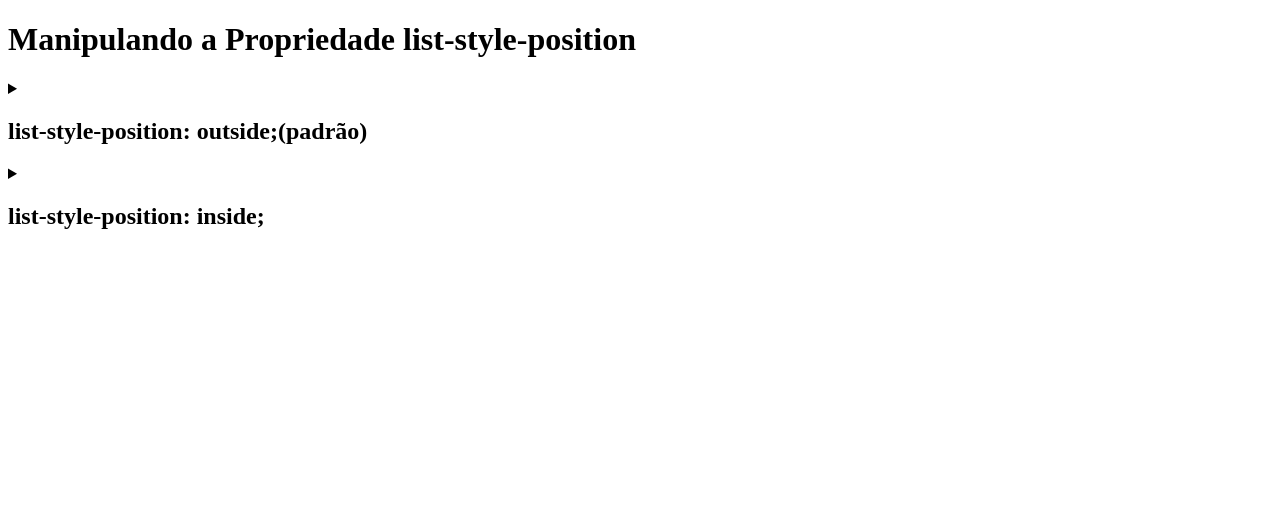
Repository: EmanuelUrbano/introducao_a_tecnologias
Page: 26_04_22/fundamentosCss/list_style_position.html
These files come from the project's save history. The page is drawn as it stood at one moment and after the next save; the edit follows.
The browser window is 1280 px wide. The pictures show the whole page.

Above is the page before, as saved 2022-04-27 16:40:46.

After the next save:
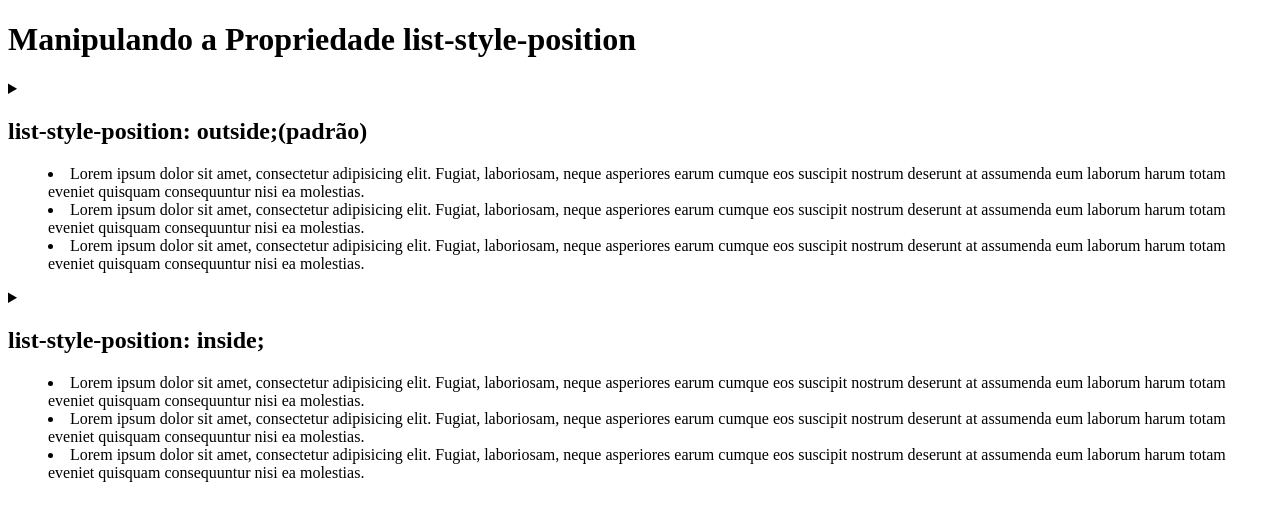
Saved 95 s later.
--- a/26_04_22/fundamentosCss/list_style_position.html
+++ b/26_04_22/fundamentosCss/list_style_position.html
@@ -12,11 +12,21 @@
     <details>
         <summary>
             <h2>list-style-position: outside;(padrão)</h2>
+            <ul>
+                <li>Lorem ipsum dolor sit amet, consectetur adipisicing elit. Fugiat, laboriosam, neque asperiores earum cumque eos suscipit nostrum deserunt at assumenda eum laborum harum totam eveniet quisquam consequuntur nisi ea molestias.</li>
+                <li>Lorem ipsum dolor sit amet, consectetur adipisicing elit. Fugiat, laboriosam, neque asperiores earum cumque eos suscipit nostrum deserunt at assumenda eum laborum harum totam eveniet quisquam consequuntur nisi ea molestias.</li>
+                <li>Lorem ipsum dolor sit amet, consectetur adipisicing elit. Fugiat, laboriosam, neque asperiores earum cumque eos suscipit nostrum deserunt at assumenda eum laborum harum totam eveniet quisquam consequuntur nisi ea molestias.</li>
+            </ul>
         </summary>
     </details>
     <details>
         <summary>
             <h2>list-style-position: inside;</h2>
+            <ul>
+                <li>Lorem ipsum dolor sit amet, consectetur adipisicing elit. Fugiat, laboriosam, neque asperiores earum cumque eos suscipit nostrum deserunt at assumenda eum laborum harum totam eveniet quisquam consequuntur nisi ea molestias.</li>
+                <li>Lorem ipsum dolor sit amet, consectetur adipisicing elit. Fugiat, laboriosam, neque asperiores earum cumque eos suscipit nostrum deserunt at assumenda eum laborum harum totam eveniet quisquam consequuntur nisi ea molestias.</li>
+                <li>Lorem ipsum dolor sit amet, consectetur adipisicing elit. Fugiat, laboriosam, neque asperiores earum cumque eos suscipit nostrum deserunt at assumenda eum laborum harum totam eveniet quisquam consequuntur nisi ea molestias.</li>
+            </ul>
         </summary>
     </details>
 </body>

After the save that followed:
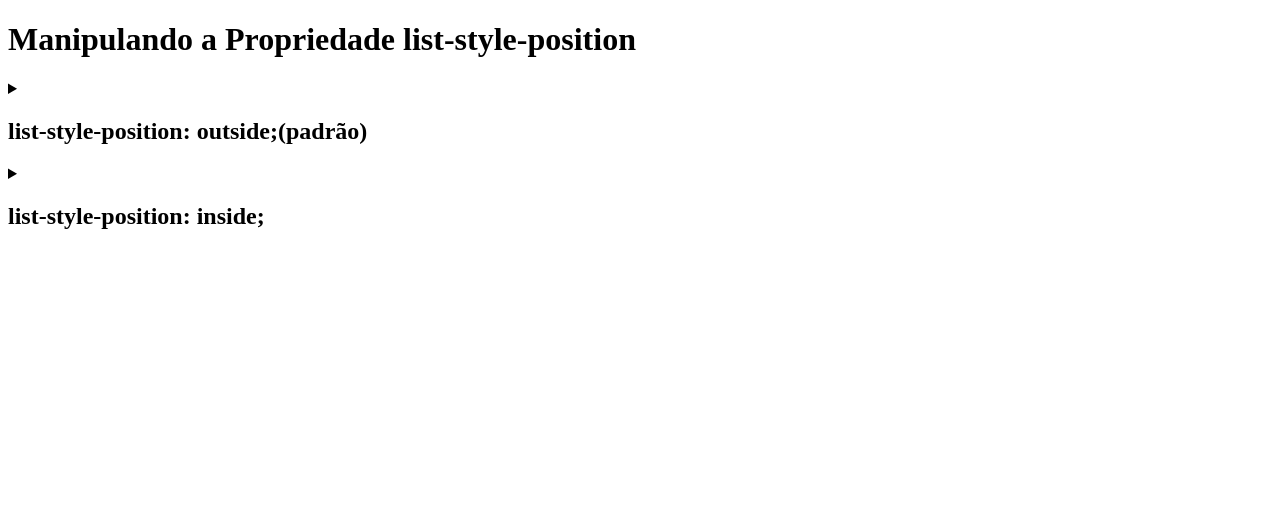
Saved 56 s later.
--- a/26_04_22/fundamentosCss/list_style_position.html
+++ b/26_04_22/fundamentosCss/list_style_position.html
@@ -12,22 +12,22 @@
     <details>
         <summary>
             <h2>list-style-position: outside;(padrão)</h2>
-            <ul>
-                <li>Lorem ipsum dolor sit amet, consectetur adipisicing elit. Fugiat, laboriosam, neque asperiores earum cumque eos suscipit nostrum deserunt at assumenda eum laborum harum totam eveniet quisquam consequuntur nisi ea molestias.</li>
-                <li>Lorem ipsum dolor sit amet, consectetur adipisicing elit. Fugiat, laboriosam, neque asperiores earum cumque eos suscipit nostrum deserunt at assumenda eum laborum harum totam eveniet quisquam consequuntur nisi ea molestias.</li>
-                <li>Lorem ipsum dolor sit amet, consectetur adipisicing elit. Fugiat, laboriosam, neque asperiores earum cumque eos suscipit nostrum deserunt at assumenda eum laborum harum totam eveniet quisquam consequuntur nisi ea molestias.</li>
-            </ul>
         </summary>
+        <ul>
+            <li>Lorem ipsum dolor sit amet, consectetur adipisicing elit. Fugiat, laboriosam, neque asperiores earum cumque eos suscipit nostrum deserunt at assumenda eum laborum harum totam eveniet quisquam consequuntur nisi ea molestias.</li>
+            <li>Lorem ipsum dolor sit amet, consectetur adipisicing elit. Fugiat, laboriosam, neque asperiores earum cumque eos suscipit nostrum deserunt at assumenda eum laborum harum totam eveniet quisquam consequuntur nisi ea molestias.</li>
+            <li>Lorem ipsum dolor sit amet, consectetur adipisicing elit. Fugiat, laboriosam, neque asperiores earum cumque eos suscipit nostrum deserunt at assumenda eum laborum harum totam eveniet quisquam consequuntur nisi ea molestias.</li>
+        </ul>
     </details>
     <details>
         <summary>
             <h2>list-style-position: inside;</h2>
-            <ul>
-                <li>Lorem ipsum dolor sit amet, consectetur adipisicing elit. Fugiat, laboriosam, neque asperiores earum cumque eos suscipit nostrum deserunt at assumenda eum laborum harum totam eveniet quisquam consequuntur nisi ea molestias.</li>
-                <li>Lorem ipsum dolor sit amet, consectetur adipisicing elit. Fugiat, laboriosam, neque asperiores earum cumque eos suscipit nostrum deserunt at assumenda eum laborum harum totam eveniet quisquam consequuntur nisi ea molestias.</li>
-                <li>Lorem ipsum dolor sit amet, consectetur adipisicing elit. Fugiat, laboriosam, neque asperiores earum cumque eos suscipit nostrum deserunt at assumenda eum laborum harum totam eveniet quisquam consequuntur nisi ea molestias.</li>
-            </ul>
         </summary>
+        <ul>
+            <li>Lorem ipsum dolor sit amet, consectetur adipisicing elit. Fugiat, laboriosam, neque asperiores earum cumque eos suscipit nostrum deserunt at assumenda eum laborum harum totam eveniet quisquam consequuntur nisi ea molestias.</li>
+            <li>Lorem ipsum dolor sit amet, consectetur adipisicing elit. Fugiat, laboriosam, neque asperiores earum cumque eos suscipit nostrum deserunt at assumenda eum laborum harum totam eveniet quisquam consequuntur nisi ea molestias.</li>
+            <li>Lorem ipsum dolor sit amet, consectetur adipisicing elit. Fugiat, laboriosam, neque asperiores earum cumque eos suscipit nostrum deserunt at assumenda eum laborum harum totam eveniet quisquam consequuntur nisi ea molestias.</li>
+        </ul>
     </details>
 </body>
 </html>
